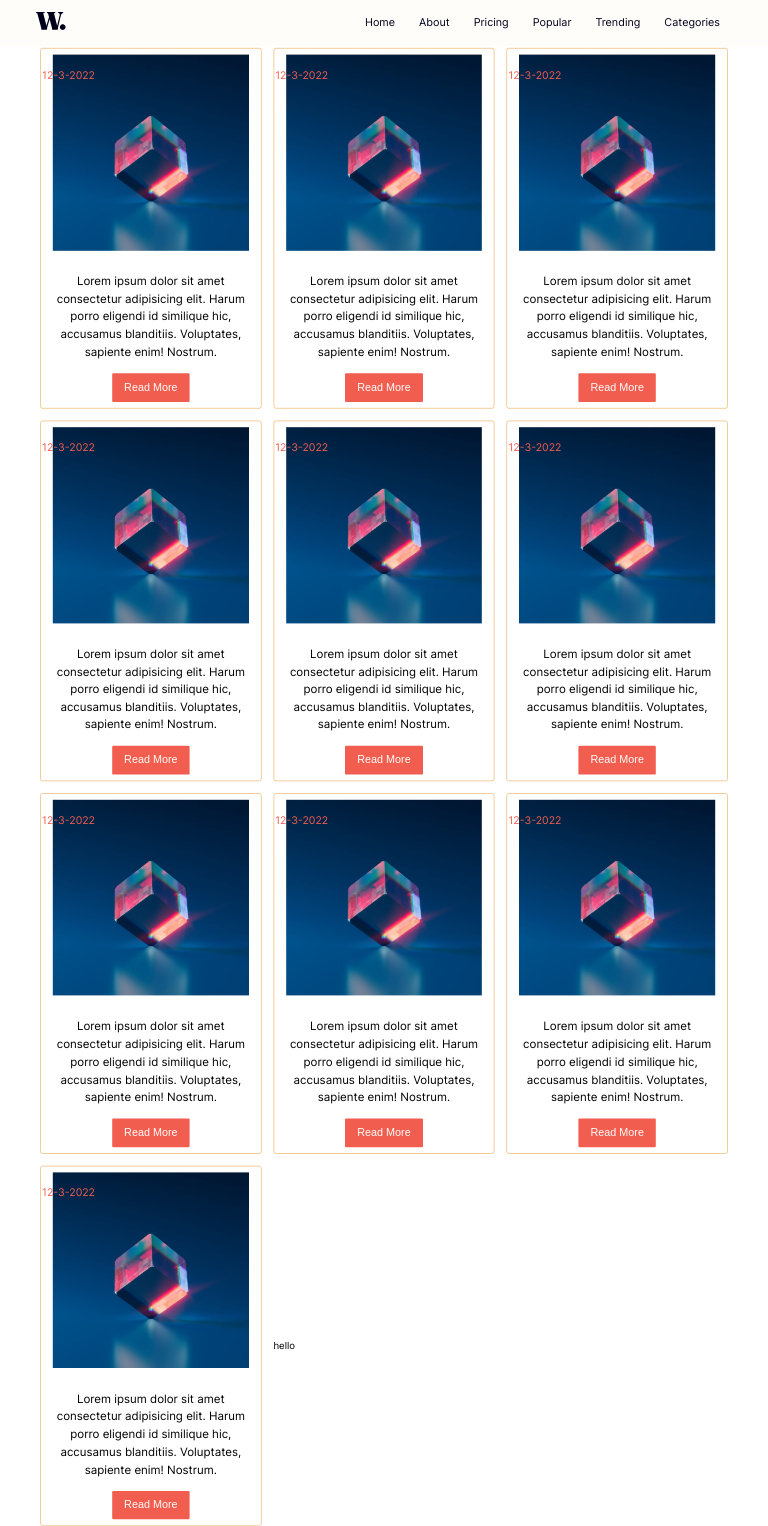
Repository: Benedict-Anthony/web3.0-blog-chain
Page: /trending
The author's editor kept a copy of each file at every save. The page is drawn from the files as they stood at one save, then again after the next save.
The browser window is 1280 px wide. The pictures show the whole page, at 60% of full size.
The project was rebuilt for these pictures with package versions that can differ from the ones it lists, and the page was loaded fresh each time. The framework's server and built-in components were replaced by stand-ins that run in the browser. Also part of the build but not shown: next.config.js, styles/styles.css.

Above is the page before, as saved 2022-12-20 09:00:24.

After the next save:
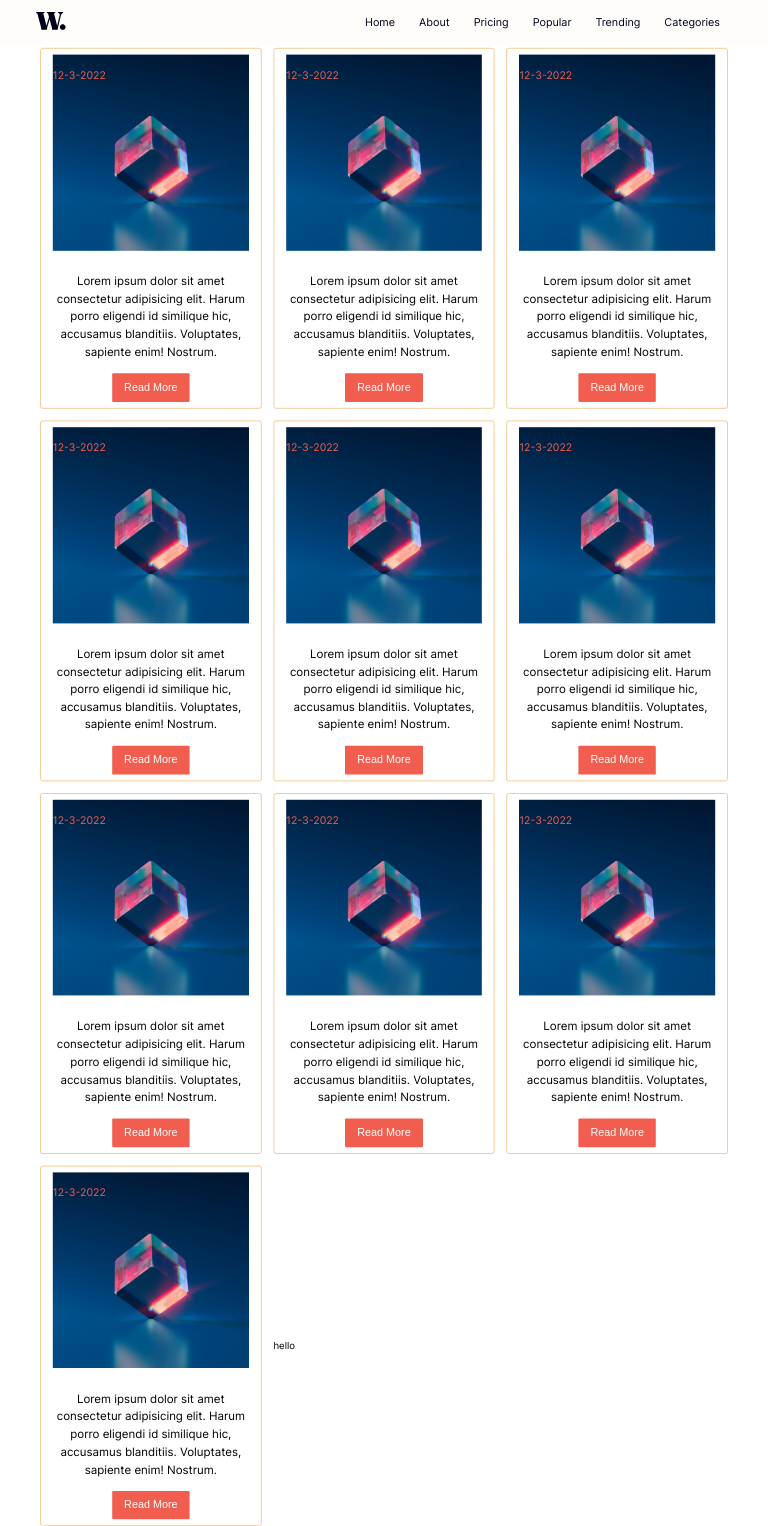
Saved 13 s later.
--- a/styles/Trending.module.scss
+++ b/styles/Trending.module.scss
@@ -12,7 +12,7 @@
             color: var(--SoftRed);
             position: absolute;
             top: 30px;
-            left: 2px;
+            left: 20px;
        }
     }
 
